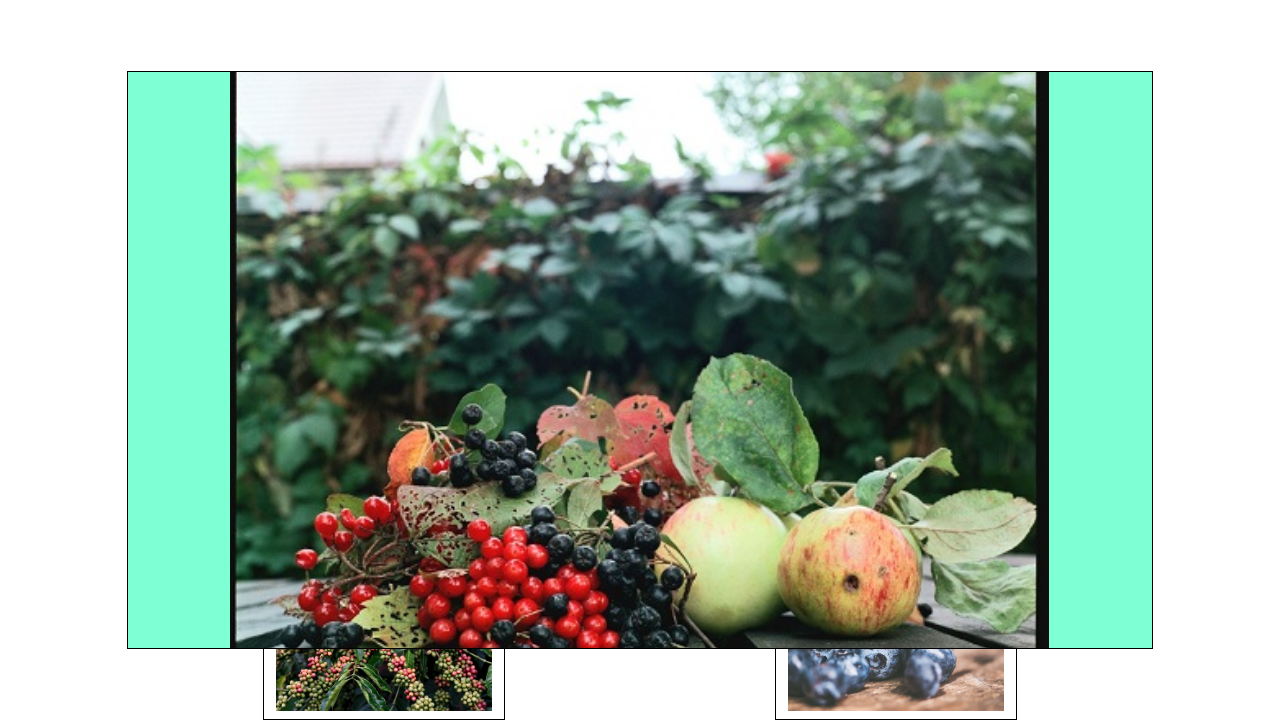
Repository: lidkaa/devTasks
Page: 0. Zadania Testowe/zadania/FlexboxCentered.html
An editor plug-in stored every save of this project. The page is shown before and after the next save, followed by the edit.
The browser window is 1280 px wide. The pictures show the whole page.
The pointer rests on the first visible `.cell`.

Above is the page before, as saved 2022-02-01 10:05:55.

After the next save:
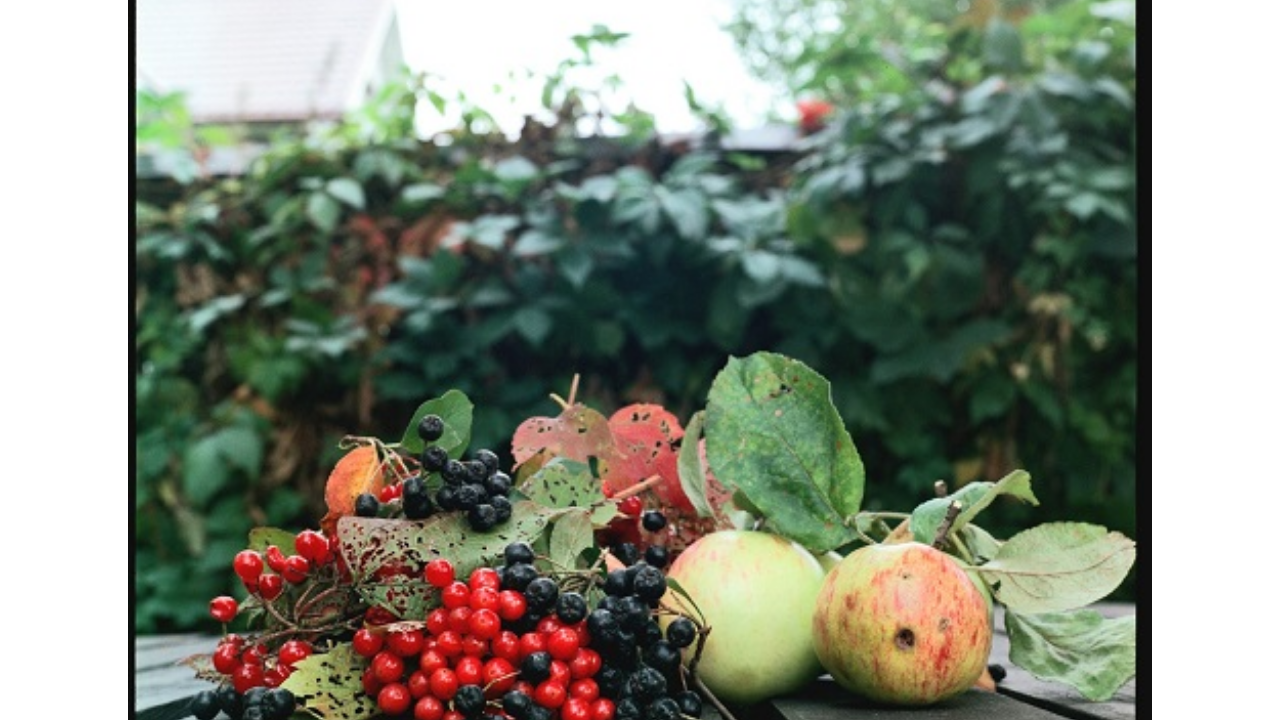
Saved 78 s later.
--- a/0. Zadania Testowe/zadania/flexboxcentered.css
+++ b/0. Zadania Testowe/zadania/flexboxcentered.css
@@ -90,7 +90,7 @@
   }
   .cell:hover {
     position: fixed;
-    width: 80%;
-    height: 80%;
+    width: 100%;
+    height: 100%;
     background-size: 80%;
   }
